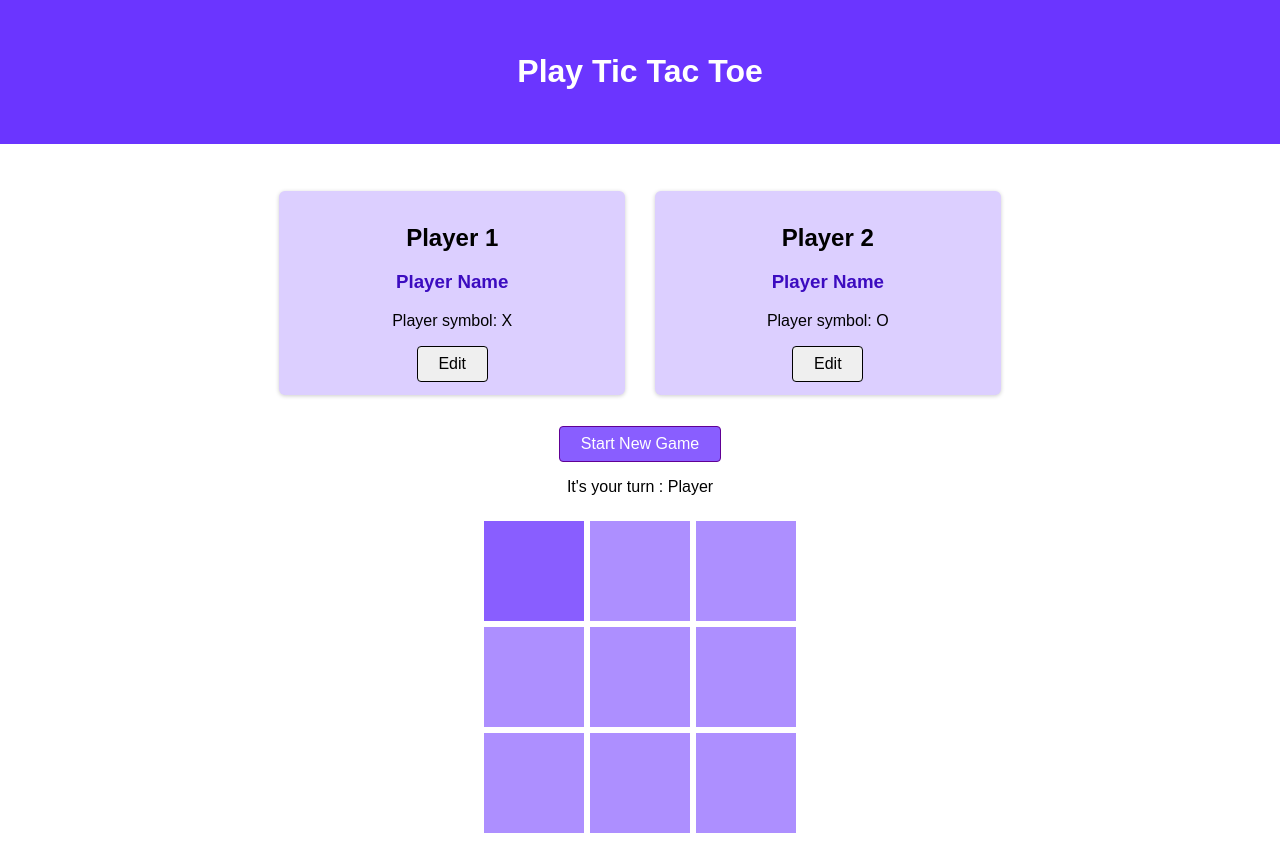
Repository: Harjot00/Wevdev
Page: Tic tac toe/index.html
The author's editor kept a copy of each file at every save. The page is drawn from the files as they stood at one save, then again after the next save.
The browser window is 1280 px wide. The pictures show the whole page.
The pointer rests on the first visible `.game-board li`.
Some web fonts or font styles are not loaded; a fallback is used.

Above is the page before, as saved 2022-05-21 19:19:41.

After the next save:
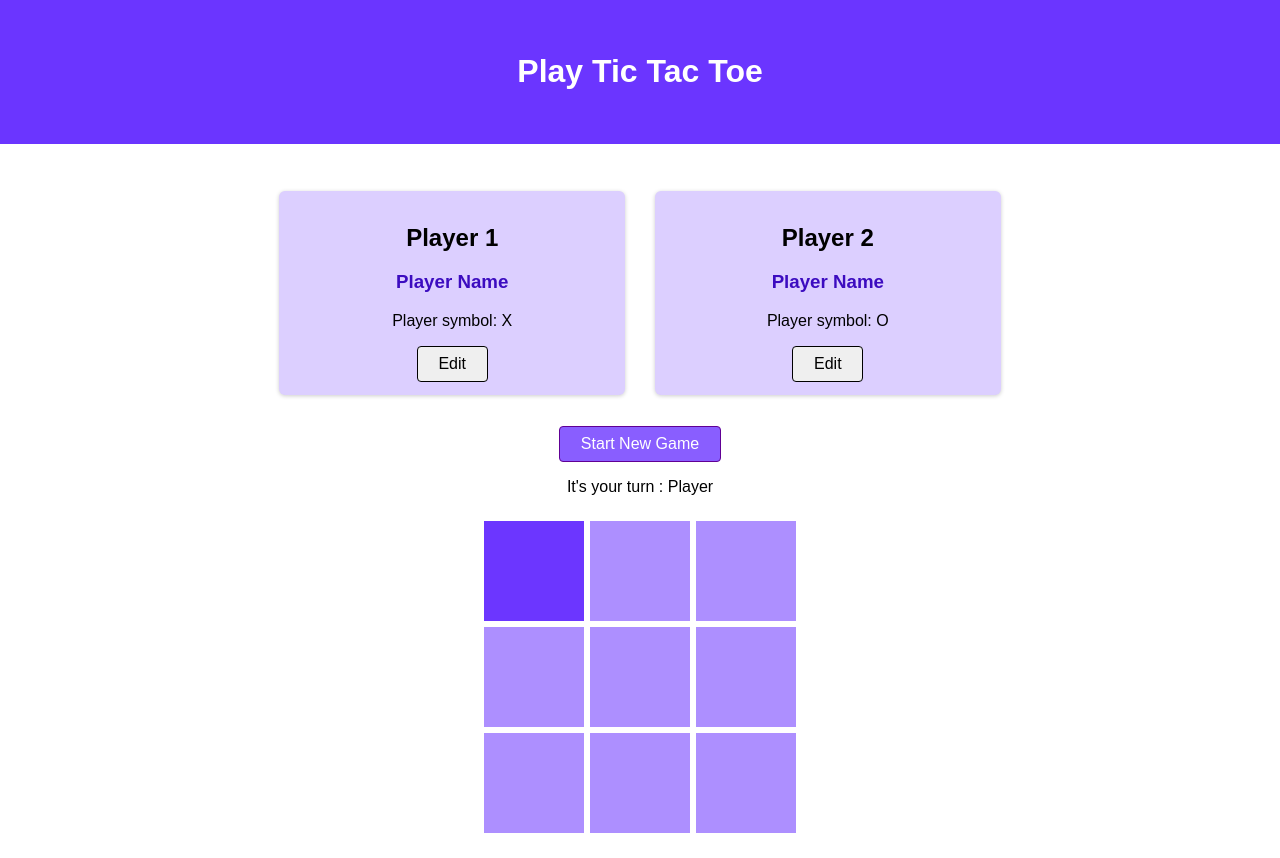
Saved 23 s later.
--- a/Tic tac toe/styles.css
+++ b/Tic tac toe/styles.css
@@ -94,7 +94,7 @@ aside input {
     background-color:#ad8fff;
 }
 .game-board li:hover{
-    background-color:#895eff;
+    background-color:#6c36ff;
 }
 section{
     text-align: center;
